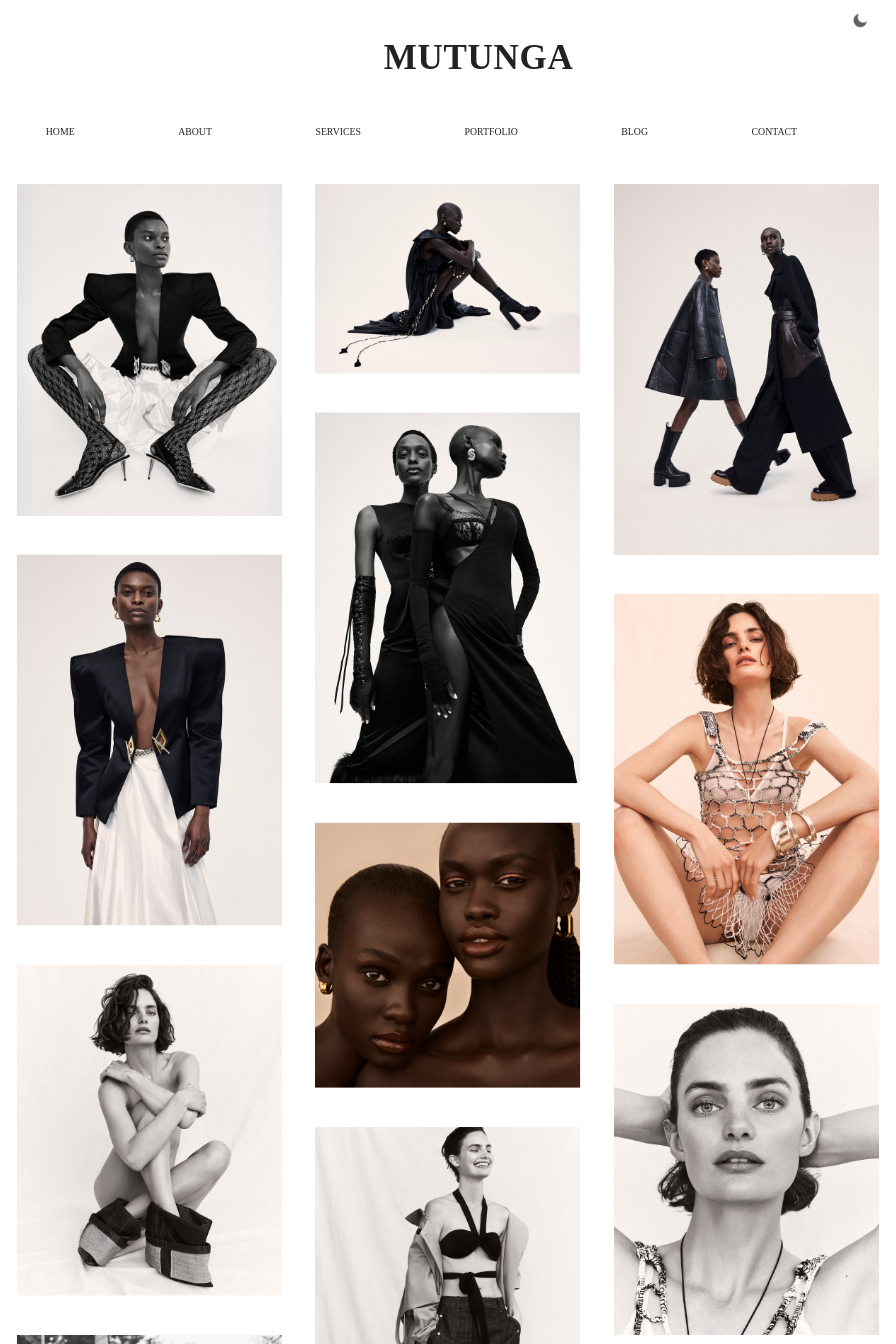
Repository: Jonar254/mutunga-concept-01
Page: index.html
The author's editor kept a copy of each file at every save. The page is drawn from the files as they stood at one save, then again after the next save.
The browser window is 1280 px wide. The pictures show the part of the page from y = 0 to 1920 px (the page is 9670 px tall before and 6518 px after), at 70% of full size.
Some web fonts or font styles are not loaded; a fallback is used.

Above is the page before, as saved 2024-07-27 12:16:31.
Console error: SyntaxError: Unexpected identifier 'originLeft'

### index.html
<!doctype html>
<!--[if lt IE 7]>      <html class="no-js lt-ie9 lt-ie8 lt-ie7" lang=""> <![endif]-->
<!--[if IE 7]>         <html class="no-js lt-ie9 lt-ie8" lang=""> <![endif]-->
<!--[if IE 8]>         <html class="no-js lt-ie9" lang=""> <![endif]-->
<!--[if gt IE 8]><!--> <html class="no-js" lang="en"> <!--<![endif]-->


<head>
        <meta charset="utf-8">
        <meta name="viewport" content="width=device-width, initial-scale=1">
		<meta name="description" content="">
        <meta name="author" content="IconicThemes">

        <title>Mutunga Photos || Index</title>

		<link rel="shortcut icon" type="image/x-icon" href="img/favicon.png">

        <!-- Font Awesome Icons CSS -->
        <link rel="stylesheet" href="css/font-awesome.min.css">
        <!-- Themify Icons CSS -->
        <link rel="stylesheet" href="css/themify-icons.css">
        <!-- Elegant Font Icons CSS -->
        <link rel="stylesheet" href="css/elegant-font-icons.css">
        <!-- Elegant Line Icons CSS -->
        <link rel="stylesheet" href="css/elegant-line-icons.css">
		<!-- Bootstrap CSS -->
        <link rel="stylesheet" href="css/bootstrap.min.css">
        <!-- CSS Animation -->
        <link rel="stylesheet" href="css/animate.min.css">
		<!-- Venobox CSS -->
        <link rel="stylesheet" href="css/venobox/venobox.css">
		<!-- OWL-Carousel CSS -->
        <link rel="stylesheet" href="css/owl.carousel.css">
        <!-- Slick Nav CSS -->
        <link rel="stylesheet" href="css/slicknav.min.css">
		<!-- Main CSS -->
        <link rel="stylesheet" href="css/main.css">
		<!-- Responsive CSS -->
        <link rel="stylesheet" href="css/responsive.css">

        <script src="js/vendor/modernizr-2.8.3-respond-1.4.2.min.js"></script>
        <script src="https://cdnjs.cloudflare.com/ajax/libs/scrollReveal.js/4.0.9/scrollreveal.min.js" integrity="sha512-Kr+RPfLjQ71E0cJ9nseJ6jwTrnmMnuSPnnsVQQ/ZYYCjOHKfJcWj8ILICXnvf9A7ZQChNzIbr9x/ZAxA6xAZlQ==" crossorigin="anonymous" referrerpolicy="no-referrer"></script>
        <script>
            document.addEventListener('DOMContentLoaded', function() {
              ScrollReveal().reveal('.reveal', {
                duration: 1000,      // Duration of the animation
                easing: 'ease-in-out', // Easing for a smooth animation
                viewFactor: 0.3,     // Percentage of the element that must be within the viewport
                mobile: true,        // Ensures that the animations work on mobile devices
              });
            });
          </script>

    </head>
    <body>
        <!--[if lt IE 8]>
            <p class="browserupgrade">You are using an <strong>outdated</strong> browser. Please <a href="http://browsehappy.com/">upgrade your browser</a> to improve your experience.</p>
        <![endif]-->

        <div class="site-preloader-wrap">
            <div class="spinner"></div>
        </div><!-- Preloader -->

        <header id="header" class="header-section">
            <div class="container-fluid">
                <div class="row d-flex flex-column align-items-center">
                    <div class="col-lg-2 col-md-3 col-sm-4  text-center pt-lg-5 pb-lg-5">
                        <div class="site-branding">
                            <a href="index.html"><h2 class="site-title">MUTUNGA</h2></a>
                        </div>
                    </div>
                    <div id="theme-toggle" class="theme-toggle">
                        <button id="theme-toggle" class="theme-toggle"><img src="img/sun.png" alt="Toggle Theme" class="theme-icon"></button>
                    </div>
                    <div class="col-12 text-center">
                        <ul id="mainmenu" class="nav navbar-nav nav-menu">
                            <li class="nav-item active"><a href="index.html" class="nav-link">Home</a></li>
                            <li class="nav-item"><a href="#" class="nav-link">About</a></li>
                            <li class="nav-item"><a href="#" class="nav-link">Services</a></li>
                            <li class="nav-item"><a href="#" class="nav-link">Portfolio</a></li>
                            <li class="nav-item"><a href="#" class="nav-link">Blog</a></li>
                            <li class="nav-item"><a href="#" class="nav-link">Contact</a></li>
                        </ul>
                    </div>
                    <!-- Theme toggle button -->

                </div>
            </div>
        </header>



       <!--<div class="header-height"></div>-->



        <section class="portfolio-section padding">
        <div class="container-fluid">
            <!-- <div class="row">
                 <ul class="portfolio-filter text-center mb-30">
                     <li class="active" data-filter="*">All</li>
                     <li data-filter=".branding">Branding</li>
                     <li data-filter=".design">Design</li>
                     <li data-filter=".wordpress">Wordpress</li>
                     <li data-filter=".marketing">Marketing</li>
                 </ul> /.Work filter
             </div> -->

             <div class="row portfolio-items justify-content-center">
                <div class="col-12 col-md-6 col-lg-3 col-xl-4 px-4 py-3 mb-4 grid-item  single-item" >
                    <div class="portfolio-box">
                        <img src="img/lara (19).jpg" alt="img">

                    </div>
                </div><!-- /Portfolio-19 -->

                 <div class="col-12 col-md-6 col-lg-3 col-xl-4 px-4 py-3 mb-4 grid-item  single-item" >
                    <div class="portfolio-box">
                        <img src="img/lara (16).jpg" alt="img">

                    </div>
                </div><!-- /Portfolio-16 -->
                <div class="col-12 col-md-6 col-lg-3 col-xl-4 px-4 py-3 mb-4 grid-item  single-item" >
                    <div class="portfolio-box">
                        <img src="img/lara (20).jpg" alt="img">

                    </div>
                </div><!-- /Portfolio-20 -->
                <div class="col-12 col-md-6 col-lg-3 col-xl-4 px-4 py-3 mb-4 grid-item  single-item ">
                    <div class="portfolio-box">
                        <img src="img/lara (17).jpg" alt="img">

                    </div>
                </div>
                 <div class="col-12 col-md-6 col-lg-3 col-xl-4 px-4 py-3 mb-4 grid-item  single-item" >
                    <div class="portfolio-box">
                        <img src="img/lara (18).jpg" alt="img">

                    </div>
                </div><!-- /Portfolio-18 -->


                <div class="col-12 col-md-6 col-lg-3 col-xl-4 px-4 py-3 mb-4 grid-item  single-item" >
                    <div class="portfolio-box">
                        <img src="img/lara (13).jpg" alt="img">

                    </div>
                </div><!-- /Portfolio-13 -->
                 <!-- /Portfolio-1 -->
                 <div class="col-12 col-md-6 col-lg-3 col-xl-4 px-4 py-3 mb-4 grid-item  single-item ">
                     <div class="portfolio-box">
                         <img src="img/lara (2).jpeg" alt="img">

                     </div>
                 </div>
                 <div class="col-12 col-md-6 col-lg-3 col-xl-4 px-4 py-3 mb-4 grid-item  single-item" >
                    <div class="portfolio-box">
                        <img src="img/lara (12).jpg" alt="img">

                    </div>
                </div><!-- /Portfolio-12 -->



                <div class="col-12 col-md-6 col-lg-3 col-xl-4 px-4 py-3 mb-4 grid-item  single-item" >
                    <div class="portfolio-box">
                        <img src="img/lara (14).jpg" alt="img">

                    </div>
                </div><!-- /Portfolio-14 -->

                <div class="col-12 col-md-6 col-lg-3 col-xl-4 px-4 py-3 mb-4 grid-item  single-item" >
                    <div class="portfolio-box">
                        <img src="img/lara (15).jpg" alt="img">

                    </div>
                </div><!-- /Portfolio-15 -->



                <div class="col-12 col-md-6 col-lg-3 col-xl-4 px-4 py-3 mb-4 grid-item  single-item" >
                    <div class="portfolio-box">
                        <img src="img/lara (4).jpg" alt="img">

                    </div>
                </div><!-- /Portfolio-17 -->

                 <!-- /Portfolio-2 -->
                 <div class="col-12 col-md-6 col-lg-3 col-xl-4 px-4 py-3 mb-4 grid-item  single-item ">
                     <div class="portfolio-box">
                         <img src="img/lara (3).jpeg" alt="img">

                     </div>
                 </div><!-- /Portfolio-3 -->
                 <div class="col-12 col-md-6 col-lg-3 col-xl-4 px-4 py-3 mb-4 grid-item  single-item ">
                     <div class="portfolio-box">
                         <img src="img/lara (1).jpg" alt="img">

                     </div>
                 </div><!-- /Portfolio-4 -->
                 <div class="col-12 col-md-6 col-lg-3 col-xl-4 px-4 py-3 mb-4 grid-item  single-item " >
                     <div class="portfolio-box">
                         <img src="img/lara (5).jpeg" alt="img">

                     </div>
                 </div><!-- /Portfolio-5 -->
                 <div class="col-12 col-md-6 col-lg-3 col-xl-4 px-4 py-3 mb-4 grid-item  single-item " >
                     <div class="portfolio-box">
                         <img src="img/lara (6).jpeg" alt="img">

                     </div>
                 </div><!-- /Portfolio-6 -->
                 <div class="col-12 col-md-6 col-lg-3 col-xl-4 px-4 py-3 mb-4 grid-item  single-item " >
                     <div class="portfolio-box">
                         <img src="img/lara (7).jpeg" alt="img">

                     </div>
                 </div><!-- /Portfolio-7 -->
                 <div class="col-12 col-md-6 col-lg-3 col-xl-4 px-4 py-3 mb-4 grid-item  single-item " >
                     <div class="portfolio-box">
                         <img src="img/lara (8).jpg" alt="img">

                     </div>
                 </div><!-- /Portfolio-8 -->
                 <div class="col-12 col-md-6 col-lg-3 col-xl-4 px-4 py-3 mb-4 grid-item  single-item" >
                     <div class="portfolio-box">
                         <img src="img/lara (9).jpg" alt="img">

                     </div>
                 </div><!-- /Portfolio-9 -->
                 <!-- Portfolio Items from 10 to 20 -->
<div class="col-12 col-md-6 col-lg-3 col-xl-4 px-4 py-3 mb-4 grid-item  single-item" >
    <div class="portfolio-box">
        <img src="img/lara (10).jpg" alt="img">

    </div>
</div><!-- /Portfolio-10 -->

<div class="col-12 col-md-6 col-lg-3 col-xl-4 px-4 py-3 mb-4 grid-item  single-item" >
    <div class="portfolio-box">
        <img src="img/lara (11).jpg" alt="img">

    </div>
</div><!-- /Portfolio-11 -->




<!-- Portfolio Items from 41 to 60 -->
<div class="col-12 col-md-6 col-lg-3 col-xl-4 px-4 py-3 mb-4 grid-item  single-item" >
    <div class="portfolio-box">
        <img src="img/lara (41).jpg" alt="img">

    </div>
</div><!-- /Portfolio-41 -->

<div class="col-12 col-md-6 col-lg-3 col-xl-4 px-4 py-3 mb-4 grid-item  single-item" >
    <div class="portfolio-box">
        <img src="img/lara (42).jpg" alt="img">

    </div>
</div><!-- /Portfolio-42 -->

<div class="col-12 col-md-6 col-lg-3 col-xl-4 px-4 py-3 mb-4 grid-item  single-item" >
    <div class="portfolio-box">
        <img src="img/lara (43).jpg" alt="img">

    </div>
</div><!-- /Portfolio-43 -->

<div class="col-12 col-md-6 col-lg-3 col-xl-4 px-4 py-3 mb-4 grid-item  single-item" >
    <div class="portfolio-box">
        <img src="img/lara (44).jpg" alt="img">

    </div>
</div><!-- /Portfolio-44 -->

<div class="col-12 col-md-6 col-lg-3 col-xl-4 px-4 py-3 mb-4 grid-item  single-item" >
    <div class="portfolio-box">
        <img src="img/lara (45).jpg" alt="img">

    </div>
</div><!-- /Portfolio-45 -->

<div class="col-12 col-md-6 col-lg-3 col-xl-4 px-4 py-3 mb-4 grid-item  single-item" >
    <div class="portfolio-box">
        <img src="img/lara (46).jpg" alt="img">

    </div>
</div><!-- /Portfolio-46 -->

<div class="col-12 col-md-6 col-lg-3 col-xl-4 px-4 py-3 mb-4 grid-item  single-item" >
    <div class="portfolio-box">
        <img src="img/lara (47).jpg" alt="img">

    </div>
</div><!-- /Portfolio-47 -->

<div class="col-12 col-md-6 col-lg-3 col-xl-4 px-4 py-3 mb-4 grid-item  single-item" >
    <div class="portfolio-box">
        <img src="img/lara (48).jpg" alt="img">

    </div>
</div><!-- /Portfolio-48 -->

<div class="col-12 col-md-6 col-lg-3 col-xl-4 px-4 py-3 mb-4 grid-item  single-item" >
    <div class="portfolio-box">
        <img src="img/lara (49).jpg" alt="img">

    </div>
</div><!-- /Portfolio-49 -->

<div class="col-12 col-md-6 col-lg-3 col-xl-4 px-4 py-3 mb-4 grid-item  single-item" >
    <div class="portfolio-box">
        <img src="img/lara (50).jpg" alt="img">

    </div>
</div><!-- /Portfolio-50 -->
<!-- Portfolio Items from 21 to 40 -->
<div class="col-12 col-md-6 col-lg-3 col-xl-4 px-4 py-3 mb-4 grid-item  single-item" >
    <div class="portfolio-box">
        <img src="img/lara (21).jpg" alt="img">

    </div>
</div><!-- /Portfolio-21 -->

<div class="col-12 col-md-6 col-lg-3 col-xl-4 px-4 py-3 mb-4 grid-item  single-item" >
    <div class="portfolio-box">
        <img src="img/lara (22).jpg" alt="img">

    </div>
</div><!-- /Portfolio-22 -->

<div class="col-12 col-md-6 col-lg-3 col-xl-4 px-4 py-3 mb-4 grid-item  single-item" >
    <div class="portfolio-box">
        <img src="img/lara (23).jpg" alt="img">

    </div>
</div><!-- /Portfolio-23 -->

<div class="col-12 col-md-6 col-lg-3 col-xl-4 px-4 py-3 mb-4 grid-item  single-item" >
    <div class="portfolio-box">
        <img src="img/lara (24).jpg" alt="img">

    </div>
</div><!-- /Portfolio-24 -->

<div class="col-12 col-md-6 col-lg-3 col-xl-4 px-4 py-3 mb-4 grid-item  single-item" >
    <div class="portfolio-box">
        <img src="img/lara (25).jpg" alt="img">

    </div>
</div><!-- /Portfolio-25 -->

<div class="col-12 col-md-6 col-lg-3 col-xl-4 px-4 py-3 mb-4 grid-item  single-item" >
    <div class="portfolio-box">
        <img src="img/lara (26).jpg" alt="img">

    </div>
</div><!-- /Portfolio-26 -->

<div class="col-12 col-md-6 col-lg-3 col-xl-4 px-4 py-3 mb-4 grid-item  single-item" >
    <div class="portfolio-box">
        <img src="img/lara (27).jpg" alt="img">

    </div>
</div><!-- /Portfolio-27 -->

<div class="col-12 col-md-6 col-lg-3 col-xl-4 px-4 py-3 mb-4 grid-item  single-item" >
    <div class="portfolio-box">
        <img src="img/lara (28).jpg" alt="img">

    </div>
</div><!-- /Portfolio-28 -->

<div class="col-12 col-md-6 col-lg-3 col-xl-4 px-4 py-3 mb-4 grid-item  single-item" >
    <div class="portfolio-box">
        <img src="img/lara (29).jpg" alt="img">

    </div>
</div><!-- /Portfolio-29 -->

<div class="col-12 col-md-6 col-lg-3 col-xl-4 px-4 py-3 mb-4 grid-item  single-item" >
    <div class="portfolio-box">
        <img src="img/lara (30).jpg" alt="img">

    </div>
</div><!-- /Portfolio-30 -->

<div class="col-12 col-md-6 col-lg-3 col-xl-4 px-4 py-3 mb-4 grid-item  single-item" >
    <div class="portfolio-box">
        <img src="img/lara (31).jpg" alt="img">

    </div>
</div><!-- /Portfolio-31 -->

<div class="col-12 col-md-6 col-lg-3 col-xl-4 px-4 py-3 mb-4 grid-item  single-item" >
    <div class="portfolio-box">
        <img src="img/lara (32).jpg" alt="img">

    </div>
</div><!-- /Portfolio-32 -->

<div class="col-12 col-md-6 col-lg-3 col-xl-4 px-4 py-3 mb-4 grid-item  single-item" >
    <div class="portfolio-box">
        <img src="img/lara (33).jpg" alt="img">

    </div>
</div><!-- /Portfolio-33 -->

<div class="col-12 col-md-6 col-lg-3 col-xl-4 px-4 py-3 mb-4 grid-item  single-item" >
    <div class="portfolio-box">
        <img src="img/lara (34).jpg" alt="img">

    </div>
</div><!-- /Portfolio-34 -->

<div class="col-12 col-md-6 col-lg-3 col-xl-4 px-4 py-3 mb-4 grid-item  single-item" >
    <div class="portfolio-box">
        <img src="img/lara (35).jpg" alt="img">

    </div>
</div><!-- /Portfolio-35 -->

<div class="col-12 col-md-6 col-lg-3 col-xl-4 px-4 py-3 mb-4 grid-item  single-item" >
    <div class="portfolio-box">
        <img src="img/lara (36).jpg" alt="img">

    </div>
</div><!-- /Portfolio-36 -->

<div class="col-12 col-md-6 col-lg-3 col-xl-4 px-4 py-3 mb-4 grid-item  single-item" >
    <div class="portfolio-box">
        <img src="img/lara (37).jpg" alt="img">

    </div>
    </div><!-- /Portfolio-37 -->

<div class="col-12 col-md-6 col-lg-3 col-xl-4 px-4 py-3 mb-4 grid-item  single-item" >
    <div class="portfolio-box">
        <img src="img/lara (38).jpg" alt="img">

    </div>
</div><!-- /Portfolio-38 -->

<div class="col-12 col-md-6 col-lg-3 col-xl-4 px-4 py-3 mb-4 grid-item  single-item" >
    <div class="portfolio-box">
        <img src="img/lara (39).jpg" alt="img">

    </div>
</div><!-- /Portfolio-39 -->

<div class="col-12 col-md-6 col-lg-3 col-xl-4 px-4 py-3 mb-4 grid-item  single-item" >
    <div class="portfolio-box">
        <img src="img/lara (40).jpg" alt="img" >

    </div>
</div><!-- /Portfolio-40 -->


             </div>
             <!--
             <div class="load-more-btn text-center mt-30">
                 <a href="#" class="default-btn">Load More Projects</a>
             </div>-->
         </div>
        </section>

<!--
        <section class="footer-widget-section padding">
            <div class="container">
                <div class="row">
                    <div class="col-md-4 col-sm-6 xs-padding">
                        <div class="footer-widget">
                            <h2 class="text-white">Stela.</h2>
                            <div class="sep"></div>
                            <p class="mb-0">Stela will help you to make any website like creative startups, professional photographer, portfolio agency or other business very easily as it has been coded in Bootstrap and CSS3.</p>
                        </div>
                    </div>
                    <div class="col-md-4 col-sm-6 xs-padding">
                        <div class="footer-widget">
                            <ul class="address">
                                <li><i class="fa fa-phone"></i> <a href="mailto:+12345678905">+1234 567 8905</a></li>
                                <li><i class="fa fa-envelope-o"></i> <a href="mailto:email@yourdomain.com">email@yourdomain.com</a></li>
                                <li><i class="fa fa-map-marker"></i> 60 Grand Avenue. Central New Road 0708, USA</li>
                            </ul>
                            <ul class="social-icon">
                                <li class="facebook"><a href="#"><i class="fa fa-facebook"></i></a></li>
                                <li class="twitter"><a href="#"><i class="fa fa-twitter"></i></a></li>
                                <li class="instagram"><a href="#"><i class="fa fa-instagram"></i></a></li>
                                <li class="pinterest"><a href="#"><i class="fa fa-pinterest"></i></a></li>
                                <li class="dribbble"><a href="#"><i class="fa fa-dribbble"></i></a></li>
                            </ul>
                        </div>
                    </div>
                    <div class="col-md-4 col-sm-6 xs-padding">
                        <div class="footer-widget">
                            <h2 class="text-white">About me.</h2>
                            <div class="sep"></div>
                            <p class="mb-0">I believe that every client Business more management is a holistic management approach focused on aligning all aspects organization with the wants and needs of clients.</p>
                        </div>
                    </div>
                </div>
            </div>
        </section><!-- /.footer-widget-section -->
        <!--
        <footer class="copyright-text text-center">
            <div class="container">
                <p>&copy; 2024 Mutunga Photos</p>
            </div>
        </footer> /.copyright-text -->

		<a data-scroll href="#header" id="scroll-to-top"><i class="arrow_up"></i></a>


		<!-- jQuery Lib -->
   <script src="https://cdnjs.cloudflare.com/ajax/libs/masonry/4.2.2/masonry.pkgd.min.js"></script>
<script>
document.addEventListener('DOMContentLoaded', function() {
    var masonryGrid = document.querySelector('.row.portfolio-items');
    new Masonry(masonryGrid, {
        itemSelector: '.grid-item',
        columnWidth: '.grid-item',
        percentPosition: true
        originLeft: false
    });
});
</script>
		<script src="js/vendor/jquery-1.12.4.min.js"></script>
		<!-- Bootstrap JS -->
		<script src="js/vendor/bootstrap.min.js"></script>
		<!-- Tether JS -->
		<script src="js/vendor/tether.min.js"></script>
        <!-- Imagesloaded JS -->
        <script src="js/vendor/imagesloaded.pkgd.min.js"></script>
		<!-- OWL-Carousel JS -->
		<script src="js/vendor/owl.carousel.min.js"></script>
		<!-- isotope JS -->
		<script src="js/vendor/jquery.isotope.v3.0.2.js"></script>
		<!-- Smooth Scroll JS -->
		<script src="js/vendor/smooth-scroll.min.js"></script>
		<!-- venobox JS -->
		<script src="js/vendor/venobox.min.js"></script>
        <!-- Slick Nav JS -->
        <script src="js/vendor/jquery.slicknav.min.js"></script>
        <!-- Wow JS -->
		<script src="js/vendor/wow.min.js"></script>
		<!-- Contact JS -->
		<script src="js/contact.js"></script>
		<!-- Main JS -->
		<script src="js/main.js"></script>

    </body>

</html>

Loaded but not shown: css/font-awesome.min.css (library); css/themify-icons.css (library); css/bootstrap.min.css (library); css/animate.min.css (library); css/venobox/venobox.css (common file); css/owl.carousel.css (library); css/slicknav.min.css (common file); js/vendor/modernizr-2.8.3-respond-1.4.2.min.js (library); js/vendor/jquery-1.12.4.min.js (library); js/vendor/bootstrap.min.js (library); js/vendor/tether.min.js (library); js/vendor/imagesloaded.pkgd.min.js (library); js/vendor/owl.carousel.min.js (library); js/vendor/jquery.isotope.v3.0.2.js (library); js/vendor/smooth-scroll.min.js (library); js/vendor/venobox.min.js (library); js/vendor/jquery.slicknav.min.js (library); js/vendor/wow.min.js (library); js/main.js (221 lines, source omitted); js/contact.js (49 lines, source omitted); css/main.css (1635 lines, source omitted); css/elegant-font-icons.css (1157 lines, source omitted); css/elegant-line-icons.css (343 lines, source omitted); css/responsive.css (155 lines, source omitted)

After the next save:
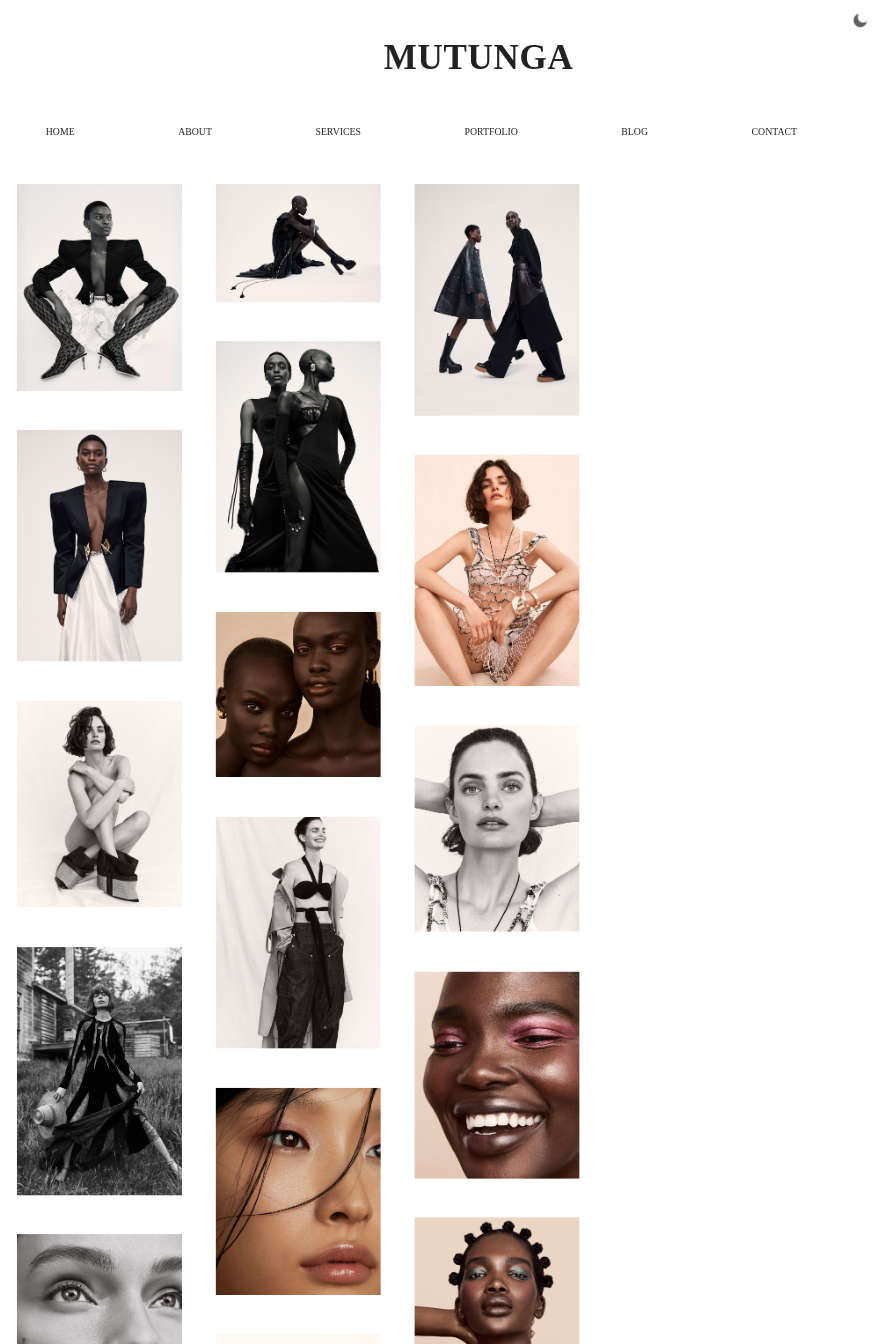
The error is gone.
Saved 63 s later.
--- a/index.html
+++ b/index.html
@@ -515,17 +515,18 @@
 
 		<!-- jQuery Lib -->
    <script src="https://cdnjs.cloudflare.com/ajax/libs/masonry/4.2.2/masonry.pkgd.min.js"></script>
-<script>
-document.addEventListener('DOMContentLoaded', function() {
-    var masonryGrid = document.querySelector('.row.portfolio-items');
-    new Masonry(masonryGrid, {
-        itemSelector: '.grid-item',
-        columnWidth: '.grid-item',
-        percentPosition: true
-        originLeft: false
+   <script>
+    document.addEventListener('DOMContentLoaded', function() {
+        var masonryGrid = document.querySelector('.row.portfolio-items');
+        new Masonry(masonryGrid, {
+            itemSelector: '.grid-item',
+            columnWidth: '.grid-item',
+            percentPosition: true,
+            fitWidth: true  // This will center the grid within its parent container
+        });
     });
-});
-</script>
+    </script>
+
 		<script src="js/vendor/jquery-1.12.4.min.js"></script>
 		<!-- Bootstrap JS -->
 		<script src="js/vendor/bootstrap.min.js"></script>
